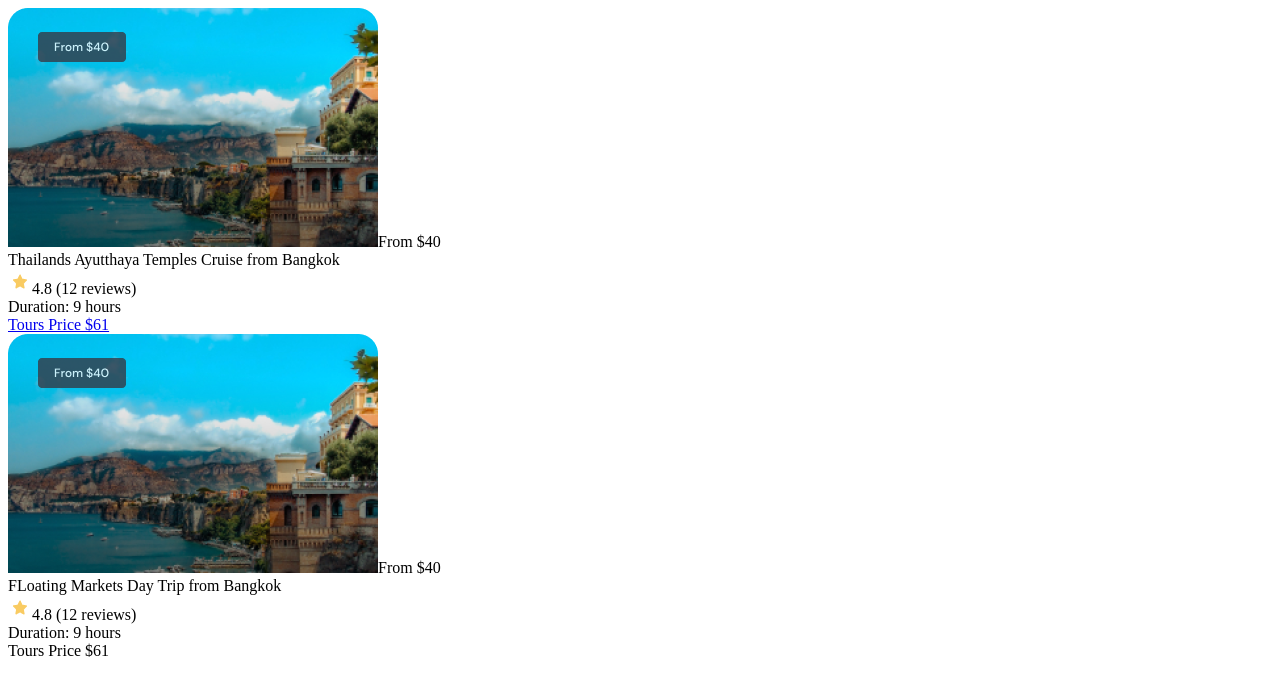
Repository: nguyentuankiet-k61/K_IT-demo
Page: index.html
These files come from the project's save history. The page is drawn as it stood at one moment and after the next save; the edit follows.
The browser window is 1280 px wide. The pictures show the whole page.

Above is the page before, as saved 2022-09-23 17:54:14.

### index.html
<!DOCTYPE html>
<html lang="en">
<head>
    <meta charset="UTF-8">
    <meta http-equiv="X-UA-Compatible" content="IE=edge">
    <meta name="viewport" content="width=device-width, initial-scale=1.0">
    <title>HTML CSS Master</title>
    <link rel="stylesheet" href="./CSS/app.css">
</head>
<body>
 <div class="">
    <div class="Tours">
        <div class="Tours_top">
            <img src="./image/img1.png" alt="this_is_image"/>From $40
        </div>
        <div class="Tours_content">

            <div class="Tours_titlle">Thailands Ayutthaya Temples
                Cruise from Bangkok</div>

            <div class="Tours_ratting">
                <div class="Tours_review">
                    <div class="Tours_review_count">
                        <img src="./image/img-star.png" alt="tours-ratting"/>4.8 (12 reviews)
                    </div>
                    <div class="Tours_Duration">Duration: 9 hours</div>
                </div>
            </div>
            <a href="https://www.facebook.com/kutooo" target="noopener noreferrer" class="Tours-botton">Tours Price $61</a></br>
        <div class="Tours_top">
            <img src="./image/img1.png" alt="this_is_image"/>From $40
        </div>
        <div class="Tours_content">
            <div class="Tours_titlle">
                FLoating Markets Day Trip from
Bangkok
            </div>
            <div class="Tours_ratting">
                <div class="Tours_review_count">
                    <img src="./image/img-star.png" alt="tours-ratting"/>4.8 (12 reviews)

                </div>
                <div class="Tours_Duration">
                    Duration: 9 hours
                </div>
            </div>
            <a href="https://www.facebook.com/kutooo" target="noopener noreferrer" class="Tours_botton"></a>Tours Price $61
        </div>
        </div>
    </div>
 </div>
</body>
</html>

Loaded but not shown: CSS/app.css (no stored copy; drawn as an empty file)

After the next save:
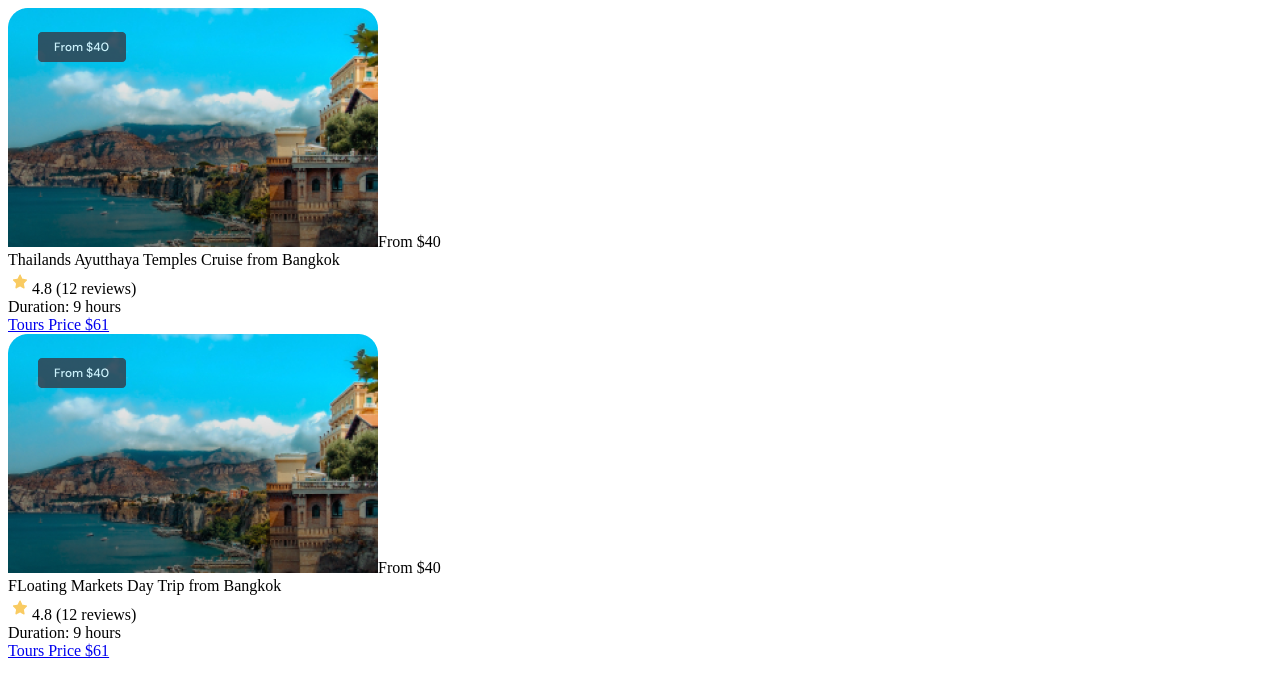
Saved 51 s later.
--- a/index.html
+++ b/index.html
@@ -44,7 +44,7 @@ Bangkok
                     Duration: 9 hours
                 </div>
             </div>
-            <a href="https://www.facebook.com/kutooo" target="noopener noreferrer" class="Tours_botton"></a>Tours Price $61
+            <a href="https://www.facebook.com/kutooo" target="noopener noreferrer" class="Tours_botton">Tours Price $61</a></br>
         </div>
         </div>
     </div>
